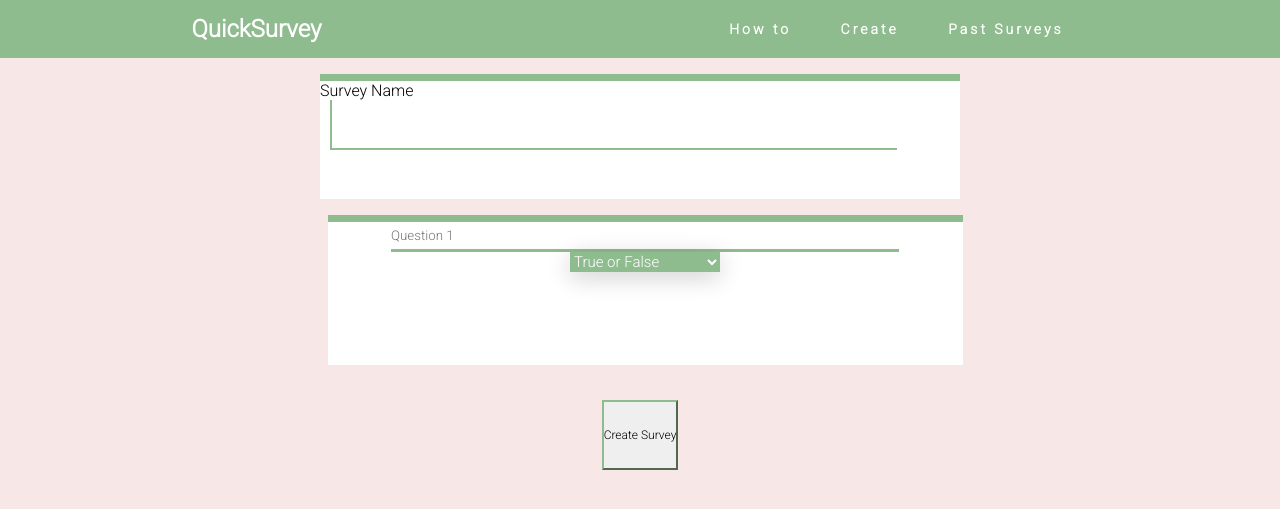
Repository: cakuang1/QuickSurvey
Page: create.html
The author's editor kept a copy of each file at every save. The page is drawn from the files as they stood at one save, then again after a run of saves.
The browser window is 1280 px wide. The pictures show the whole page.
Some web libraries are served in a nearby version.

Above is the page before, as saved 2022-01-08 23:15:58.

### create.html
<!DOCTYPE html>
<html>
<head>
    <title>QuickSurvey</title>
    <link href="https://fonts.googleapis.com/css2?family=Roboto:wght@300&display=swap" rel="stylesheet">
    <meta charset="UTF-8">
    <link rel="stylesheet" href="style.css">

    <script src="https://kit.fontawesome.com/71865f0e2e.js" crossorigin="anonymous"></script>


</head>

<body>
        <nav class="navbar">
            <div class = 'heading'>
                <h2 id = "logo">QuickSurvey</h2>
            </div>
            <ul class="nav-menu">
                <li><a href="index.html" >How to</a></li>
                <li><a href="create.html">Create</a></li>
                <li><a href="pastsurveys.html">Past Surveys</a></li>
            </ul>
        </nav>

    </div>
    <div class="namecontainer">
        <label>Survey Name </label>
        <form ><input type="text" id = "testing"Survey name="Name"></form>

    </div>
    <form action="">
        <div class = "formdiv">
            <input type="text" class="inps" placeholder="Question 1">
            <select name="" class="selectors">
                <option value="TF">True or False</option>
                <option value="SR">Short Response</option>


            </select>
        </div>
    </form>
    <div align = "center">
    <button class = "adds">  Add    </button><br>
    <button class = "creates">Create Survey</button>
    </div>
</body>
<script src="app.js"></script>
</html>

### style.css
* {
    box-sizing: border-box;
    margin: 0;
    padding: 0;
    font-family: 'Roboto', sans-serif;
}
body{
    background-color: #f7e7e7;


}
nav {
    display: flex;
    justify-content: space-around;
    align-items: center;
    min-height: 8vh;
    background-color: darkseagreen;
}

.nav-menu {
    display: flex;
    justify-content: space-around;
    width: 30%;
}


.creates {
    text-align: center;
    max-width: 140px;
    height:70px;

    padding: 0;
    border-color: darkseagreen;
    color: #000;
    font-size: 12px;
}
.nav-menu li {
    list-style: none;
}
.nav-menu a{
    color:white;
    text-decoration: none;
    letter-spacing: 3px;
    font-weight: bold;
    font-size: 14px;
    padding: 14px 16px;

}
.nav-menu li a:hover:not(.active){
    background-color: lightseagreen;
}
.nav-ment li a.active {
    background-color: darkseagreen;
}



.namecontainer {
    background-color: white;
    width: 50%;
    margin: auto;
    margin-bottom: 1em;
    margin-top: 1em;
    border-top: 7px solid darkseagreen;
    height: 125px;

}

.namecontainer:active {
    background-color: red;
}

.namecontainer input {
    width: 90%;
    height: 50px;
    background: transparent;
    border-top: none;
    border-right: none;
    border-left: 2px solid darkseagreen;
    border-bottom: 2px solid darkseagreen;
    font-size: 35px;
    outline: none;
    padding-top: 20px;
    display: inline-block
}
.adds {
    border: none;
}

h1 {
    text-indent: 10px;
    color:  darkseagreen;
}

form {
    padding-left: 10px;
}
.fas {
    color: gray;
    font-size: 30px;

}
.fas:hover {

    color: darkseagreen;
}

#home {
    background-color: rgb(176, 226, 176);
}

#logo {
    color: white;
}

#listcontainer {
    padding-top: 100px;
    width: fit-content;
    margin: auto;

}

ol {
    padding-top: 25px;
}

ol li {
    font-size: 50px;
    color: white;

}

.formdiv {
    background-color: white;
    width: 50%;margin: auto;margin-bottom: 1em; margin-top: 1em;border-top: 7px solid darkseagreen;
    text-align: center;
    height: 150px;
}


.formdiv .inps{
    height: 30px;
    border-bottom: solid darkseagreen;
    border-left: none;
    border-top: none;
    border-right: none;
    width: 80%;



}




.formdiv select {
    background-color: darkseagreen;
    color: white;
    width: 150px;
    border: none;
    font-size: 15px;
    box-shadow: 0 5px 25px rgba(0, 0, 0, 0.2);
    outline: none;
  }

### app.js
//selectors
let addbutton = document.querySelector(".adds");
const list = document.querySelector("div");
const endbutton =document.querySelector(".creates");
let questionsdivs = document.querySelectorAll(".formdivs")
let array = [];

// creatinig formstruction
const formstructure = document.createElement('select');
const option1 = document.createElement('option');
const option2 = document.createElement('option');
const option3 = document.createElement('option');
option1.innerText = "True or False";
option2.innerText = "Yes or No";
option3.innerText = "Multiple choice";
formstructure.appendChild(option1);
formstructure.appendChild(option2);
formstructure.appendChild(option3);




// creating question container
let newdiv = document.createElement("div");
let linebreak = document.createElement("br");
let linebreak2 = document.createElement("br");
let newform = document.createElement("form");
let inp = document.createElement("input");
inp.setAttribute("placeholder","Question")
let fcopy = formstructure.cloneNode(true);
newdiv.appendChild(newform);
newform.appendChild(inp);
newform.appendChild(fcopy);
newdiv.appendChild(linebreak);
newdiv.appendChild(addbutton);
newdiv.appendChild(linebreak2);

newdiv.classList.add("formdiv");


addbutton.addEventListener("click",addanother);

function addanother() {
    let clone = newdiv.cloneNode(true);
    console.log(clone);
    selectedbutton.classList.add("questionsbuttons");
    document.body.appendChild(clone);
    document.body.appendChild(endbutton);
    array.push(newdiv);
    console.log(array);
}



let formselector = document.querySelectorAll('formdiv')

function emptyinput(input) {
    if (inputtxt.value.length == 0)
    {
        return true;
    }
    else {
        return false;

    }
}


endbutton.addEventListener("submit",generateform)


function generateform() {
    if (array.length == 0) {
        alert('no questions dumbo');
        return ;
    }




}

After the next 3 saves:
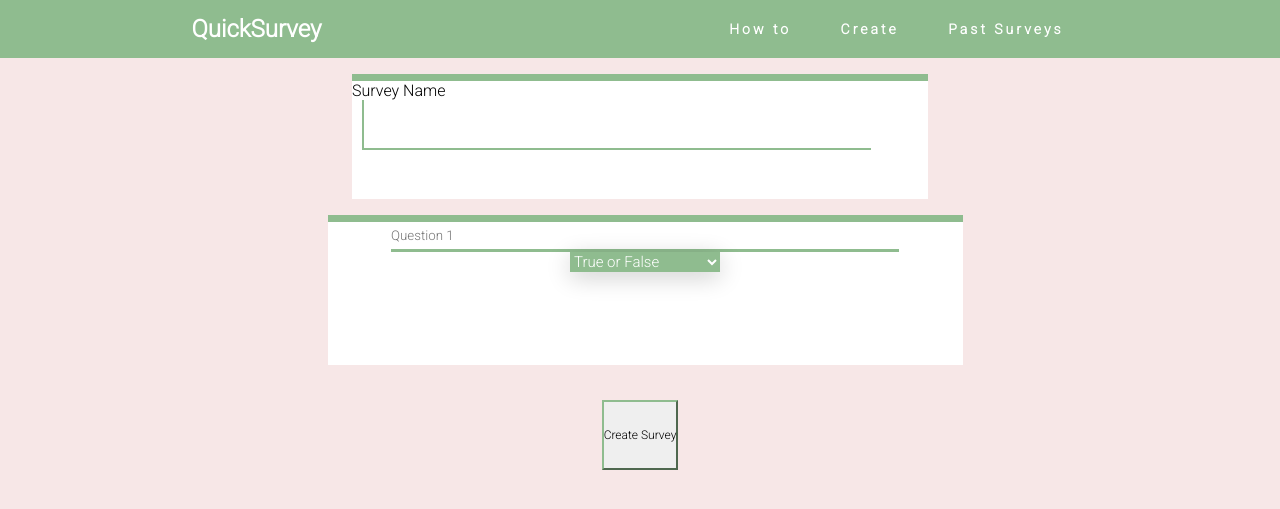
The 3 saves are shown as one change because they came seconds apart.
The last was saved 30 s later.
--- a/style.css
+++ b/style.css
@@ -57,7 +57,7 @@
 
 .namecontainer {
     background-color: white;
-    width: 50%;
+    width: 45%;
     margin: auto;
     margin-bottom: 1em;
     margin-top: 1em;

After the save that followed:
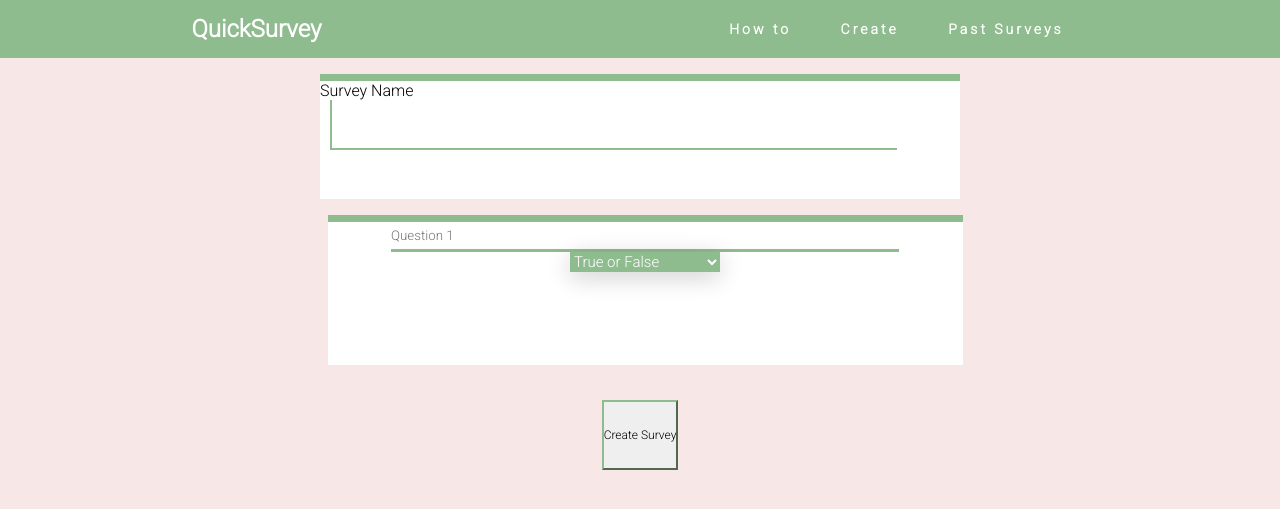
Saved 8 s later.
--- a/style.css
+++ b/style.css
@@ -57,7 +57,7 @@
 
 .namecontainer {
     background-color: white;
-    width: 45%;
+    width: 50%;
     margin: auto;
     margin-bottom: 1em;
     margin-top: 1em;
